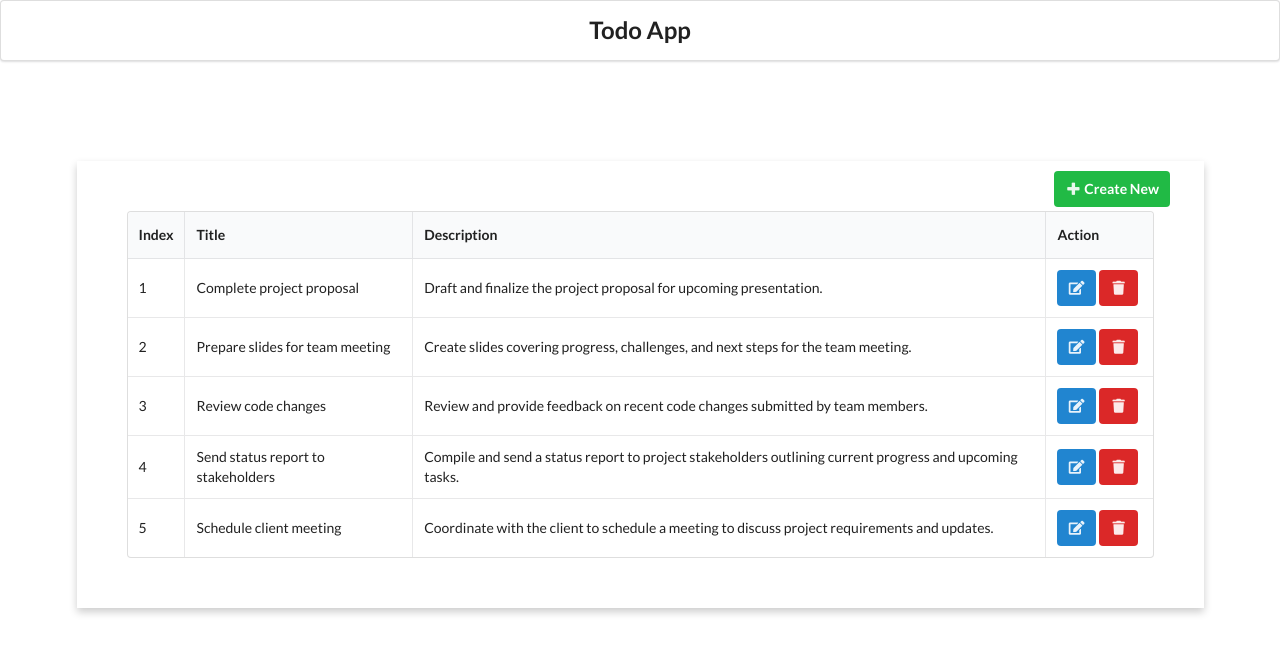
Repository: Wahid137/todo-app
Page: /
These files come from the project's save history. The page is drawn as it stood at one moment and after the next save; the edit follows.
The browser window is 1280 px wide. The pictures show the whole page.
The project was rebuilt for these pictures with package versions that can differ from the ones it lists, and the page was loaded fresh each time. Also part of the build but not shown: src/App.css, src/index.css.

Above is the page before, as saved 2024-05-03 10:46:51.

After the next save:
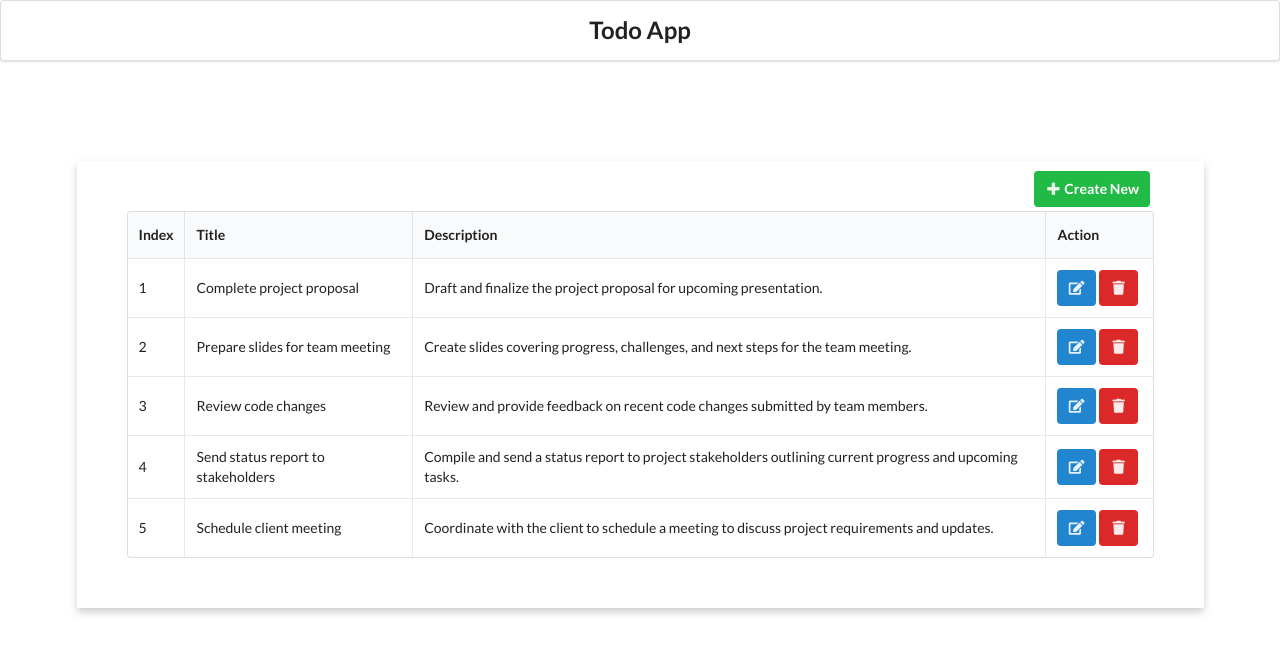
Saved 4 s later.
--- a/src/components/TodoListPage.js
+++ b/src/components/TodoListPage.js
@@ -41,7 +41,7 @@ const TodoListPage = () => {
                 <h2 style={{ textAlign: 'center' }}>Todo App</h2>
             </Segment>
             <Container style={{ boxShadow: '0 4px 8px 0 rgba(0, 0, 0, 0.2)', padding: '50px', marginTop: '100px', position: 'relative' }}>
-                <Button icon color='green' onClick={handleCreateNew} style={{ position: 'absolute', right: '30px', top: '10px', zIndex: '1' }}>
+                <Button icon color='green' onClick={handleCreateNew} style={{ position: 'absolute', right: '50px', top: '10px', zIndex: '1' }}>
                     <Icon name='add' /> Create New
                 </Button>
                 {showMessage &&
